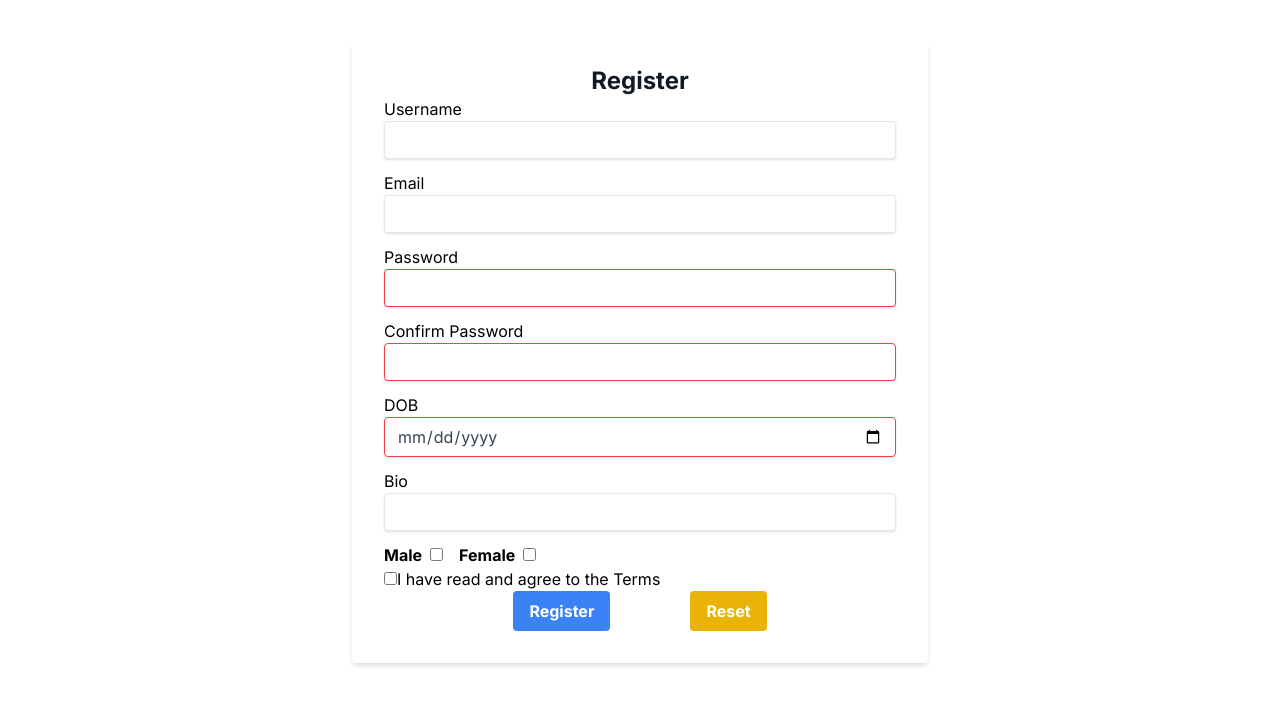
Repository: uh-sman/tiktok-card
Page: /
An editor plug-in stored every save of this project. The page is shown before and after the next save, followed by the edit.
The browser window is 1280 px wide. The pictures show the whole page.
The project was rebuilt for these pictures with package versions that can differ from the ones it lists, and the page was loaded fresh each time. The framework's server and built-in components were replaced by stand-ins that run in the browser. Also part of the build but not shown: next.config.js.

Above is the page before, as saved 2023-12-19 15:12:03.

### app/page.tsx
'use client'
// import Input from "./components/Input";
import { FieldValues, SubmitHandler, useForm } from "react-hook-form";
import AuthForm from "./components/AuthForm";
type FormValues = {
  name: string,
      email: string,
      password: string,
      confirmPassword: string,
      DateOfBirth: string,
      Bio: string,
      gender: string,
      termsAndConditions: string
}

export default function Home() {
  return (
    <div className="flex justify-center items-center h-screen w-full">

      <AuthForm />
    </div>
  )
}

### app/components/AuthForm.tsx
import React from "react";
import { useForm } from "react-hook-form";
// the type of data
type UserSubmitForm = {
    username: string;
    email: string;
    password: string;
    confirmPassword: string;
    acceptTerms: boolean;
    male:boolean;
    female:boolean;
    Bio:string;
    DateOfBirth: number
  };
const AuthForm: React.FC = () => {
    // using the useForm hook from the react-hook-form package
    const {register,handleSubmit, reset, formState} = useForm<UserSubmitForm>()
    // the onSubmit handler
    const onSubmit = (data: UserSubmitForm) => {
        if(data.male && data.female === true) {
            prompt('only one field can be selected')
            reset()
        }
        console.log(data)
    }
    return (
        <div className="w-full max-w-xl">
        <form className="bg-white shadow-md rounded px-8 pt-6 pb-8 mb-4" onSubmit={handleSubmit(onSubmit)}>
        <h2 className="font-bold text-gray-900 text-2xl text-center">Register</h2>
          <div className="flex flex-col">
            <label>Username</label>
            <input
            className="shadow appearance-none border rounded w-full py-2 px-3 text-gray-700 mb-3 leading-tight focus:outline-none focus:shadow-outline"
              type="text"
            //   using the hook to handle form state
            {...register('username')}
            />
            <div className="invalid-feedback">
                </div>
          </div>

          <div className="flex flex-col">
            <label>Email</label>
            <input
            className="shadow appearance-none border rounded w-full py-2 px-3 text-gray-700 mb-3 leading-tight focus:outline-none focus:shadow-outline"
            type="text"
            {...register('email')}
            />
            <div className="invalid-feedback">
                </div>
          </div>

          <div className="flex flex-col">
            <label>Password</label>
            <input
            className="shadow appearance-none border border-red-500 rounded w-full py-2 px-3 text-gray-700 mb-3 leading-tight focus:outline-none focus:shadow-outline"
            type="password"
            {...register('password')}
            />
            <div className="invalid-feedback">
                </div>
          </div>
          <div className="flex flex-col">
            <label>Confirm Password</label>
            <input
            className="shadow appearance-none border border-red-500 rounded w-full py-2 px-3 text-gray-700 mb-3 leading-tight focus:outline-none focus:shadow-outline"
              type="password"
              {...register('confirmPassword')}
            />
            <div className="invalid-feedback">
            </div>
          </div>
          <div className="flex flex-col">
            <label>DOB</label>
            <input
            className="shadow appearance-none border border-red-500 rounded w-full py-2 px-3 text-gray-700 mb-3 leading-tight focus:outline-none focus:shadow-outline"
              type="date"
              {...register('DateOfBirth')}
            />
            <div className="invalid-feedback">
            </div>
          </div>
          <div className="flex flex-col">
            <label>Bio</label>
            <input
            className="shadow appearance-none border rounded w-full py-2 px-3 text-gray-700 mb-3 leading-tight focus:outline-none focus:shadow-outline"
            type="text"
            {...register('Bio')}
            />
            <div className="invalid-feedback">
            </div>
          </div>

          <div className="">
           <div className="flex items-center gap-4 text-md font-bold">
           <div className="">
                <label className="mr-2" htmlFor="Male">Male</label>
            <input
              type="checkbox"
              {...register('male')}
              />

            </div>
            <div className="">
                <label className="mr-2" htmlFor="Female">Female</label>
            <input
              type="checkbox"
              {...register('female')}
              />
            </div>
           </div>
            <div className="invalid-feedback">
                </div>
          </div>
          <div className="">
            <input
              type="checkbox"
              {...register('acceptTerms')}
              />
            <label htmlFor="acceptTerms" className="form-check-label">
              I have read and agree to the Terms
            </label>
            <div className="invalid-feedback">
                </div>
          </div>

          <div className="flex justify-center gap-20">
            <button type="submit" className="bg-blue-500 hover:bg-blue-700 text-white font-bold py-2 px-4 rounded focus:outline-none focus:shadow-outline">
              Register
            </button>
            <button
              type="button"
              onClick={() => reset()}
              className="bg-yellow-500 hover:bg-yellow-700 text-white font-bold py-2 px-4 rounded focus:outline-none focus:shadow-outline"
              >
              Reset
            </button>
          </div>
        </form>
      </div>
    )
}

export default AuthForm;

Loaded but not shown: app/layout.tsx (common file); app/globals.css (common file); tailwind.config.ts (common file)

After the next save:
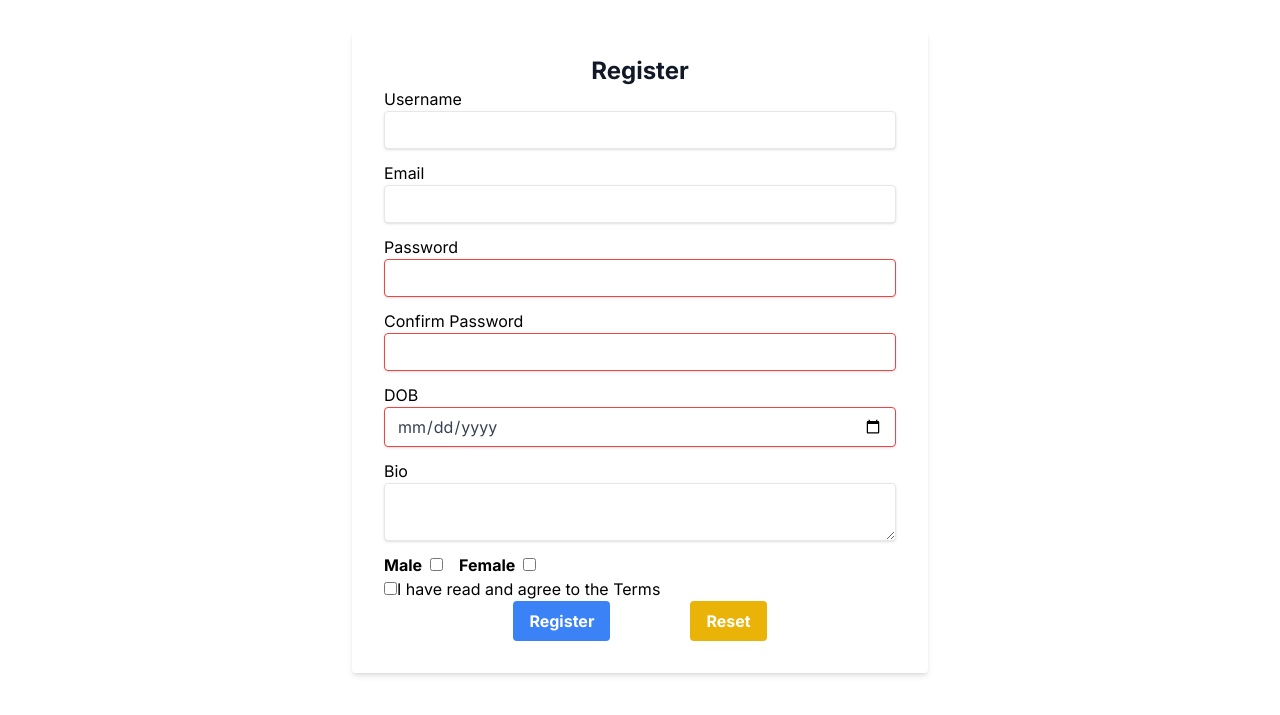
Saved 83 s later.
--- a/app/components/AuthForm.tsx
+++ b/app/components/AuthForm.tsx
@@ -82,9 +82,9 @@ const AuthForm: React.FC = () => {
           </div>
           <div className="flex flex-col">
             <label>Bio</label>
-            <input
+            <textarea
             className="shadow appearance-none border rounded w-full py-2 px-3 text-gray-700 mb-3 leading-tight focus:outline-none focus:shadow-outline"
-            type="text"
+            // type="text"
             {...register('Bio')}
             />
             <div className="invalid-feedback">
